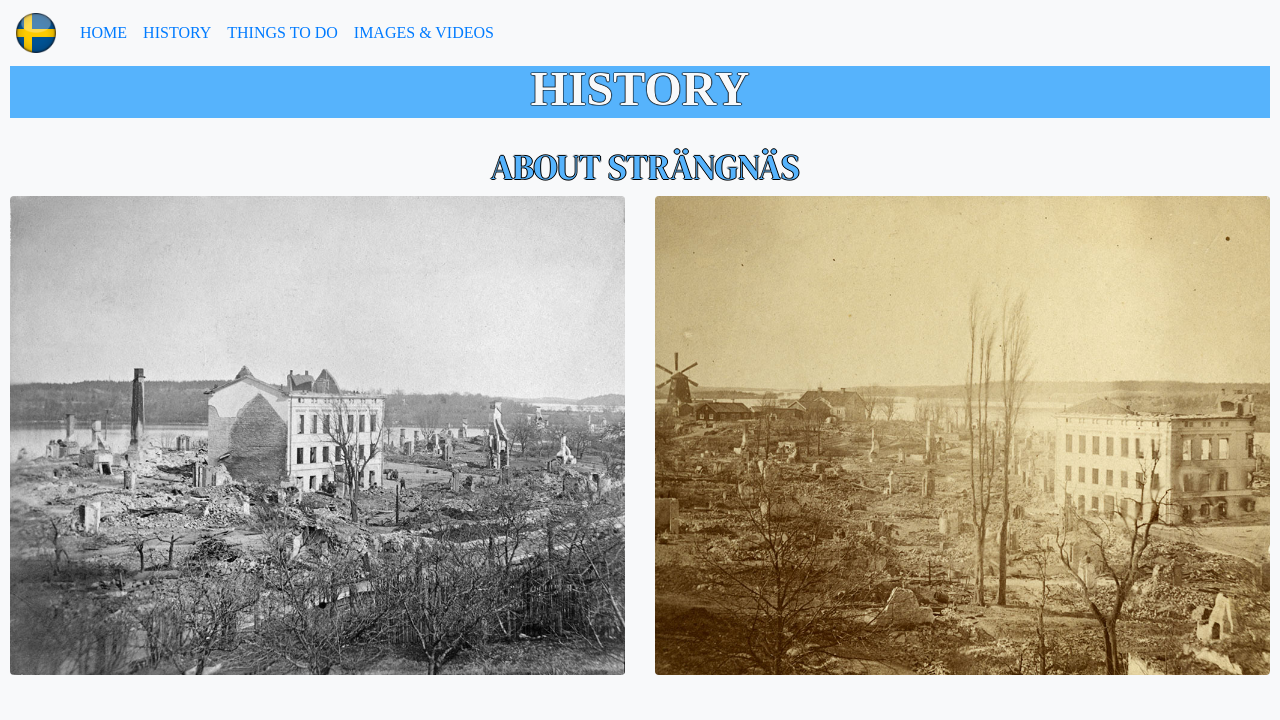
Repository: kososwede/first-project
Page: history.html
The author's editor kept a record of every edit. The page is drawn from the files as they stood at one moment, then again after the next edit.
The browser window is 1280 px wide. The pictures show the whole page.
An inner scrolling area shows only its first screen. Some web fonts or font styles are not loaded; a fallback is used.

Above is the page before.

After the next edit:
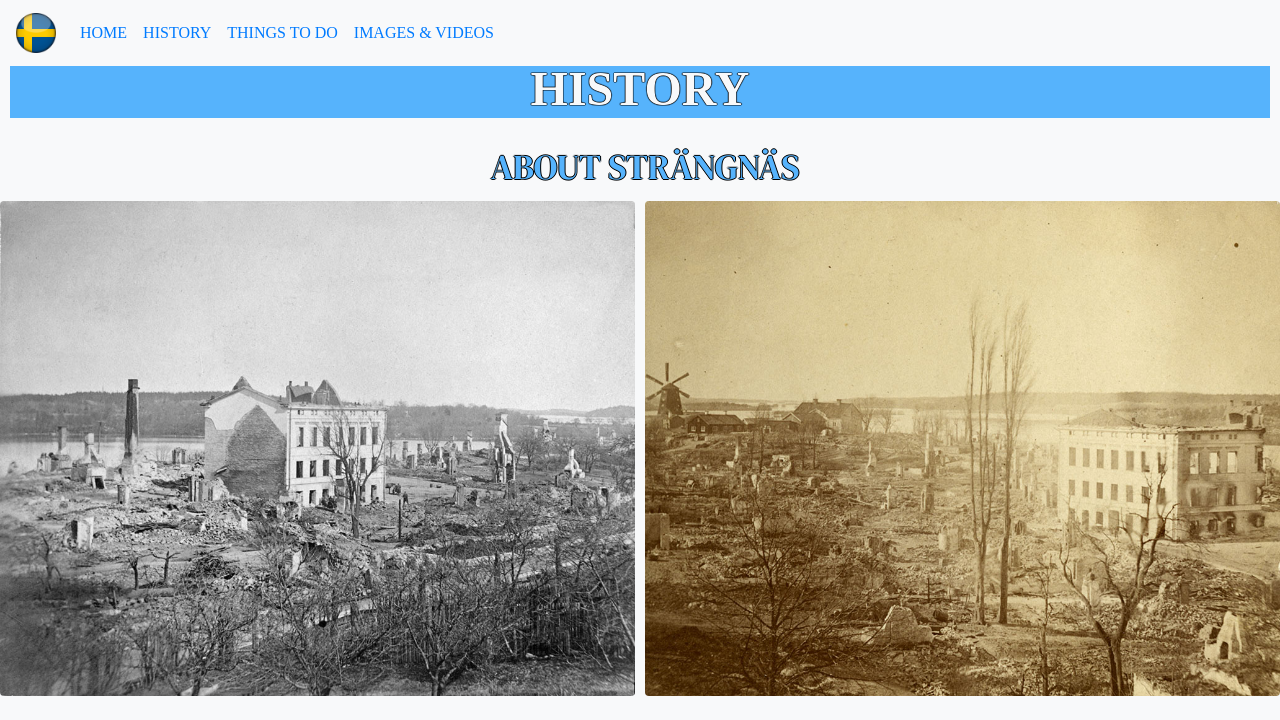
The edit:
--- a/assets/css/style.css
+++ b/assets/css/style.css
@@ -138,6 +138,9 @@
     margin-top: 50px;
 
 }
+.col-6 {
+    padding: 5px;
+}
 
 /*-----------------------------------------footer--*/
 
